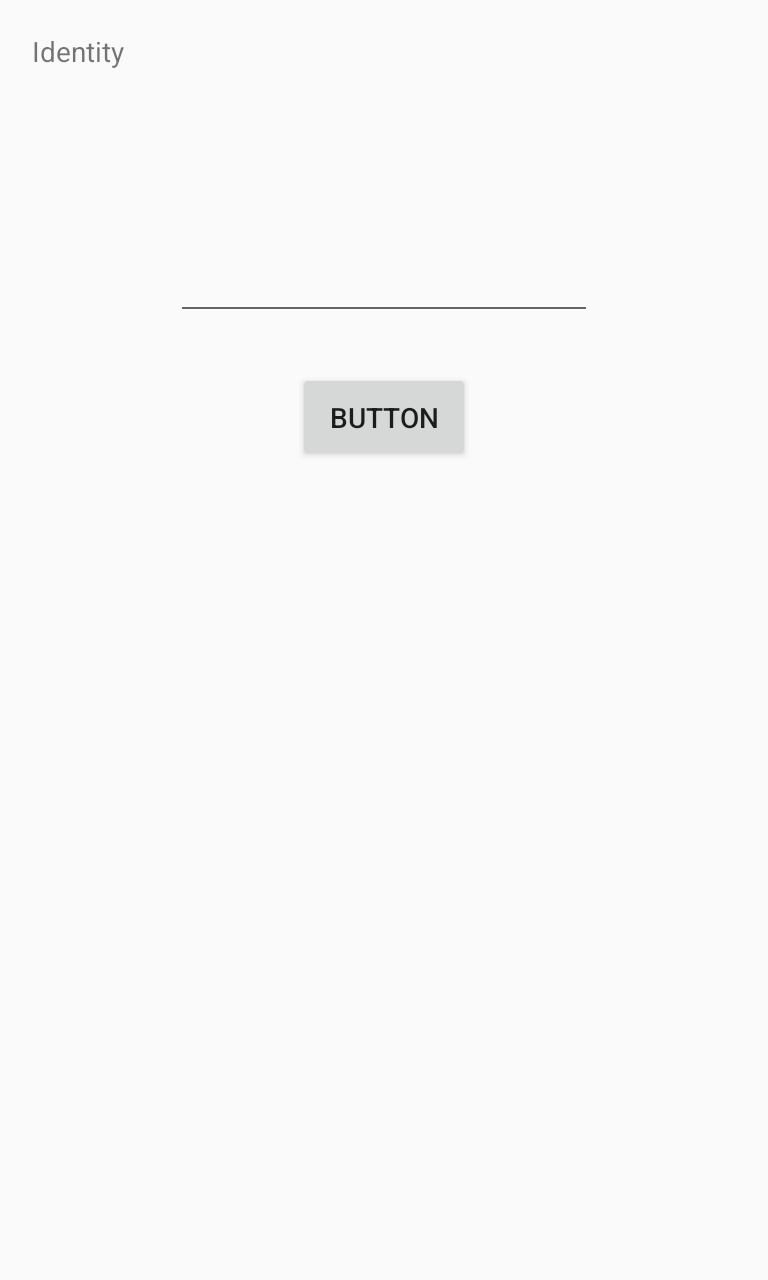
Repository: klund101/OticonHearingEvaluation
Layout: hearing_evaluation/res/layout/activity_identity.xml
These files come from the project's save history. The layout is drawn as it stood at one moment and after the next save; the edit follows.
It is drawn on a 768 x 1280 px phone screen (xhdpi) without system bars, with theme AppTheme; the app's code is not run.

Above is the layout before, as saved 2015-09-15 12:44:42.

### hearing_evaluation/res/layout/activity_identity.xml
<RelativeLayout xmlns:android="http://schemas.android.com/apk/res/android"
    xmlns:tools="http://schemas.android.com/tools"
    android:layout_width="match_parent"
    android:layout_height="match_parent"
    android:paddingBottom="@dimen/activity_vertical_margin"
    android:paddingLeft="@dimen/activity_horizontal_margin"
    android:paddingRight="@dimen/activity_horizontal_margin"
    android:paddingTop="@dimen/activity_vertical_margin"
    tools:context="com.example.hearing_evaluation.IdentityActivity" >

    <TextView
        android:id="@+id/textView1"
        android:layout_width="wrap_content"
        android:layout_height="wrap_content"
        android:text="Identity" />

    <EditText
        android:id="@+id/editText1"
        android:layout_width="wrap_content"
        android:layout_height="wrap_content"
        android:layout_below="@+id/textView1"
        android:layout_centerHorizontal="true"
        android:layout_marginTop="86dp"
        android:ems="10"
        android:inputType="textPersonName" />

    <Button
        android:id="@+id/btnStartTest"
        android:layout_width="wrap_content"
        android:layout_height="wrap_content"
        android:layout_below="@+id/editText1"
        android:layout_centerHorizontal="true"
        android:layout_marginTop="22dp"
        android:text="Button" />

</RelativeLayout>

Loaded but not shown: hearing_evaluation/res/values/styles.xml (common file); hearing_evaluation/res/values-v11/styles.xml (common file); hearing_evaluation/res/values-v14/styles.xml (common file); hearing_evaluation/res/values/dimens.xml (common file); hearing_evaluation/res/values-w820dp/dimens.xml (common file)

After the next save:
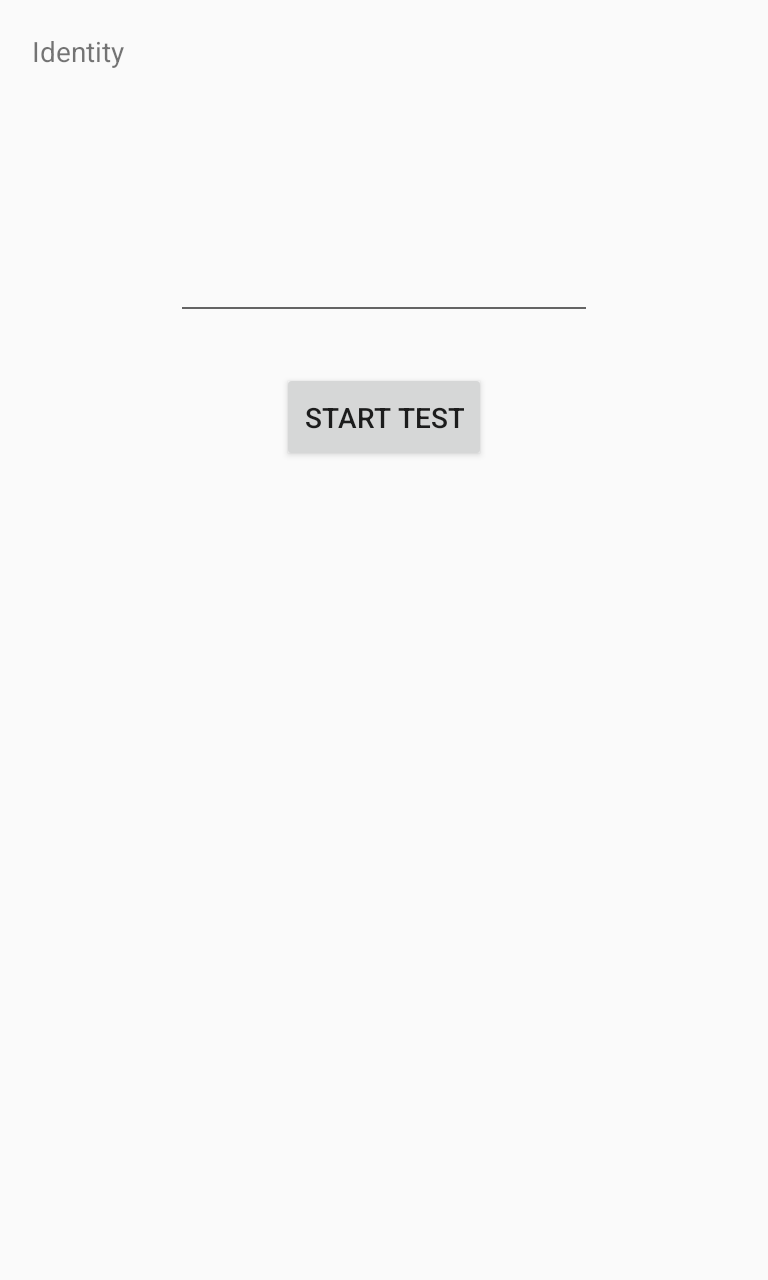
Saved 16 s later.
--- a/hearing_evaluation/res/layout/activity_identity.xml
+++ b/hearing_evaluation/res/layout/activity_identity.xml
@@ -31,6 +31,6 @@
         android:layout_below="@+id/editText1"
         android:layout_centerHorizontal="true"
         android:layout_marginTop="22dp"
-        android:text="Button" />
+        android:text="Start test" />
 
 </RelativeLayout>
